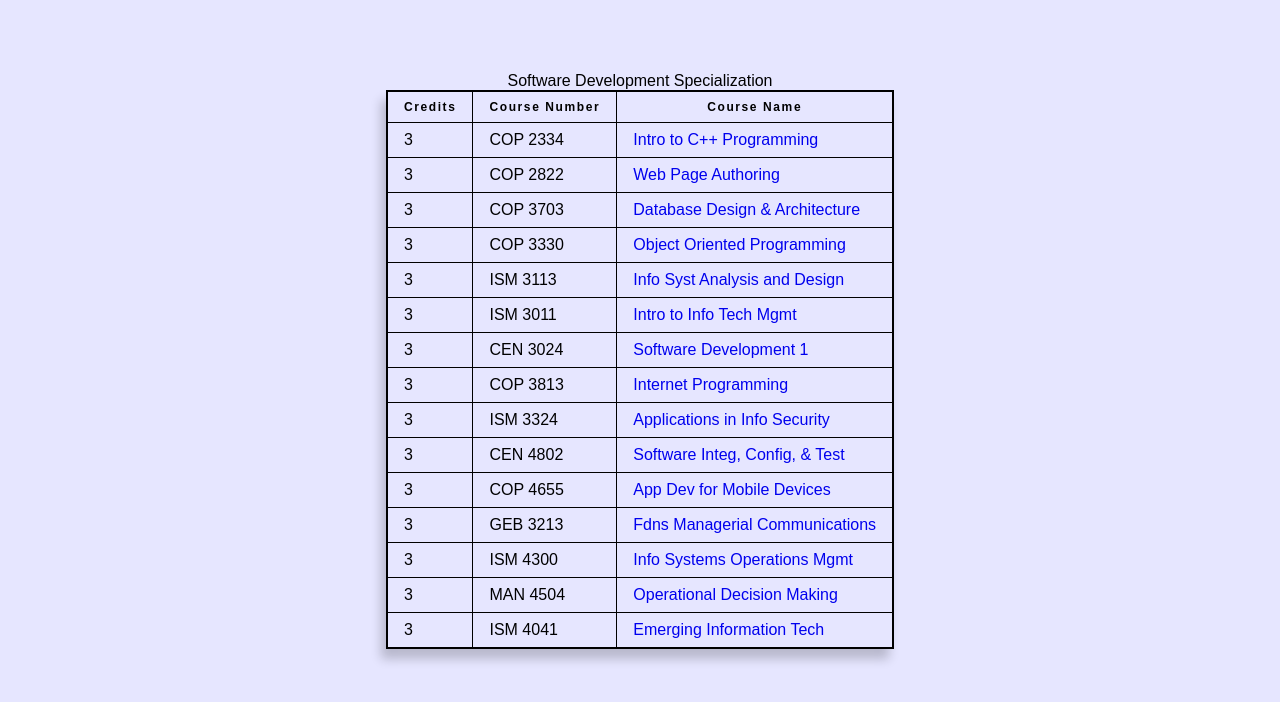
Repository: mlmEFSC21/P3-DegreeSpecializationTable
Page: index.html
An editor plug-in stored every save of this project. The page is shown before and after the next save, followed by the edit.
The browser window is 1280 px wide. The pictures show the whole page.
Some web fonts or font styles are not loaded; a fallback is used.

Above is the page before, as saved 2022-02-01 21:21:56.

### index.html
<!DOCTYPE html>
<html lang="en">
    <head>
        <meta charset="UTF-8" />
        <meta http-equiv="X-UA-Compatible" content="IE=edge" />
        <meta name="viewport" content="width=device-width, initial-scale=1.0" />
        <link rel="stylesheet" href="tableStyles.css" />
        <title>Degree Specialization Table</title>
    </head>
    <body>
        <table>
            <caption class="tableTitle">
                Software Development Specialization
            </caption>
            <thead>
                <tr class="colTitles">
                    <th>Credits</th>
                    <th>Course Number</th>
                    <th>Course Name</th>
                </tr>
            </thead>
            <tbody>
                <tr>
                    <td>3</td>
                    <td>COP 2334</td>
                    <td>
                        <a
                            href="https://bannerweb.easternflorida.edu/prod/bwckctlg.p_disp_course_detail?cat_term_in=202210&subj_code_in=COP&crse_numb_in=1000"
                            >Intro to C++ Programming</a
                        >
                    </td>
                </tr>
                <tr>
                    <td>3</td>
                    <td>COP 2822</td>
                    <td>
                        <a
                            href="https://bannerweb.easternflorida.edu/prod/bwckctlg.p_disp_course_detail?cat_term_in=202210&subj_code_in=COP&crse_numb_in=2822"
                            >Web Page Authoring</a
                        >
                    </td>
                </tr>
                <tr>
                    <td>3</td>
                    <td>COP 3703</td>
                    <td>
                        <a
                            href="https://bannerweb.easternflorida.edu/prod/bwckctlg.p_disp_course_detail?cat_term_in=202210&subj_code_in=COP&crse_numb_in=3703"
                            >Database Design & Architecture</a
                        >
                    </td>
                </tr>
                <tr>
                    <td>3</td>
                    <td>COP 3330</td>
                    <td>
                        <a
                            href="https://bannerweb.easternflorida.edu/prod/bwckctlg.p_disp_course_detail?cat_term_in=202210&subj_code_in=COP&crse_numb_in=3330"
                            >Object Oriented Programming</a
                        >
                    </td>
                </tr>
                <tr>
                    <td>3</td>
                    <td>ISM 3113</td>
                    <td>
                        <a
                            href="https://bannerweb.easternflorida.edu/prod/bwckctlg.p_disp_course_detail?cat_term_in=202210&subj_code_in=ISM&crse_numb_in=3113"
                            >Info Syst Analysis and Design</a
                        >
                    </td>
                </tr>
                <tr>
                    <td>3</td>
                    <td>ISM 3011</td>
                    <td>
                        <a
                            href="https://bannerweb.easternflorida.edu/prod/bwckctlg.p_disp_course_detail?cat_term_in=202210&subj_code_in=ISM&crse_numb_in=3011"
                            >Intro to Info Tech Mgmt</a
                        >
                    </td>
                </tr>
                <tr>
                    <td>3</td>
                    <td>CEN 3024</td>
                    <td>
                        <a
                            href="https://bannerweb.easternflorida.edu/prod/bwckctlg.p_disp_course_detail?cat_term_in=202210&subj_code_in=CEN&crse_numb_in=3024"
                            >Software Development 1</a
                        >
                    </td>
                </tr>
                <tr>
                    <td>3</td>
                    <td>COP 3813</td>
                    <td>
                        <a
                            href="https://bannerweb.easternflorida.edu/prod/bwckctlg.p_disp_course_detail?cat_term_in=202210&subj_code_in=COP&crse_numb_in=3813"
                            >Internet Programming</a
                        >
                    </td>
                </tr>
                <tr>
                    <td>3</td>
                    <td>ISM 3324</td>
                    <td>
                        <a
                            href="https://bannerweb.easternflorida.edu/prod/bwckctlg.p_disp_course_detail?cat_term_in=202210&subj_code_in=ISM&crse_numb_in=3324"
                            >Applications in Info Security</a
                        >
                    </td>
                </tr>
                <tr>
                    <td>3</td>
                    <td>CEN 4802</td>
                    <td>
                        <a
                            href="https://bannerweb.easternflorida.edu/prod/bwckctlg.p_disp_course_detail?cat_term_in=202210&subj_code_in=CEN&crse_numb_in=4802"
                            >Software Integ, Config, & Test</a
                        >
                    </td>
                </tr>
                <tr>
                    <td>3</td>
                    <td>COP 4655</td>
                    <td>
                        <a
                            href="https://bannerweb.easternflorida.edu/prod/bwckctlg.p_disp_course_detail?cat_term_in=202210&subj_code_in=COP&crse_numb_in=4655"
                            >App Dev for Mobile Devices</a
                        >
                    </td>
                </tr>
                <tr>
                    <td>3</td>
                    <td>GEB 3213</td>
                    <td>
                        <a
                            href="https://bannerweb.easternflorida.edu/prod/bwckctlg.p_disp_course_detail?cat_term_in=202210&subj_code_in=GEB&crse_numb_in=3213"
                            >Fdns Managerial Communications</a
                        >
                    </td>
                </tr>
                <tr>
                    <td>3</td>
                    <td>ISM 4300</td>
                    <td>
                        <a
                            href="https://bannerweb.easternflorida.edu/prod/bwckctlg.p_disp_course_detail?cat_term_in=202210&subj_code_in=ISM&crse_numb_in=4300"
                            >Info Systems Operations Mgmt</a
                        >
                    </td>
                </tr>
                <tr>
                    <td>3</td>
                    <td>MAN 4504</td>
                    <td>
                        <a
                            href="https://bannerweb.easternflorida.edu/prod/bwckctlg.p_disp_course_detail?cat_term_in=202210&subj_code_in=MAN&crse_numb_in=4504"
                            >Operational Decision Making</a
                        >
                    </td>
                </tr>
                <tr>
                    <td>3</td>
                    <td>ISM 4041</td>
                    <td>
                        <a
                            href="https://bannerweb.easternflorida.edu/prod/bwckctlg.p_disp_course_detail?cat_term_in=202210&subj_code_in=ISM&crse_numb_in=4041"
                            >Emerging Information Tech</a
                        >
                    </td>
                </tr>
            </tbody>
        </table>
    </body>
</html>

### tableStyles.css
@import url("https://fonts.googleapis.com/css2?family=Spectral:wght@400&display=swap");

:root {
    --clr-prime: #003c5e;
    --clr-second: #1a2028;
    --clr-accent: #8fb500;
    --clr-font-prime: #5b8ead;
    --clr-font-second: black;
    --clr-background: #e6e6ff;
}
*,
*::before,
*::after {
    margin: 0;
    padding: 0;
    box-sizing: border-box;
}
body {
    font-family: Spectral, sans-serif;
    height: 100vh;
    display: grid;
    align-items: center;
    justify-content: center;
    background-color: var(--clr-background);
}
table {
    border-collapse: collapse;
    box-shadow: -5px 10px 10px rgba(0, 0, 0, 0.2);
    border: 2px solid black;
    padding: 0.25rem;
}
thead {
    letter-spacing: 0.1rem;
    font-size: 0.75rem;
    font-weight: 900;
}
th {
    border: 1px solid black;
    padding: 0.5rem 1rem;
}
td {
    border: 1px solid black;
    padding: 0.5rem 1rem;
    align-items: center;
    justify-content: center;
}
a {
    text-decoration: none;
}

After the next save:
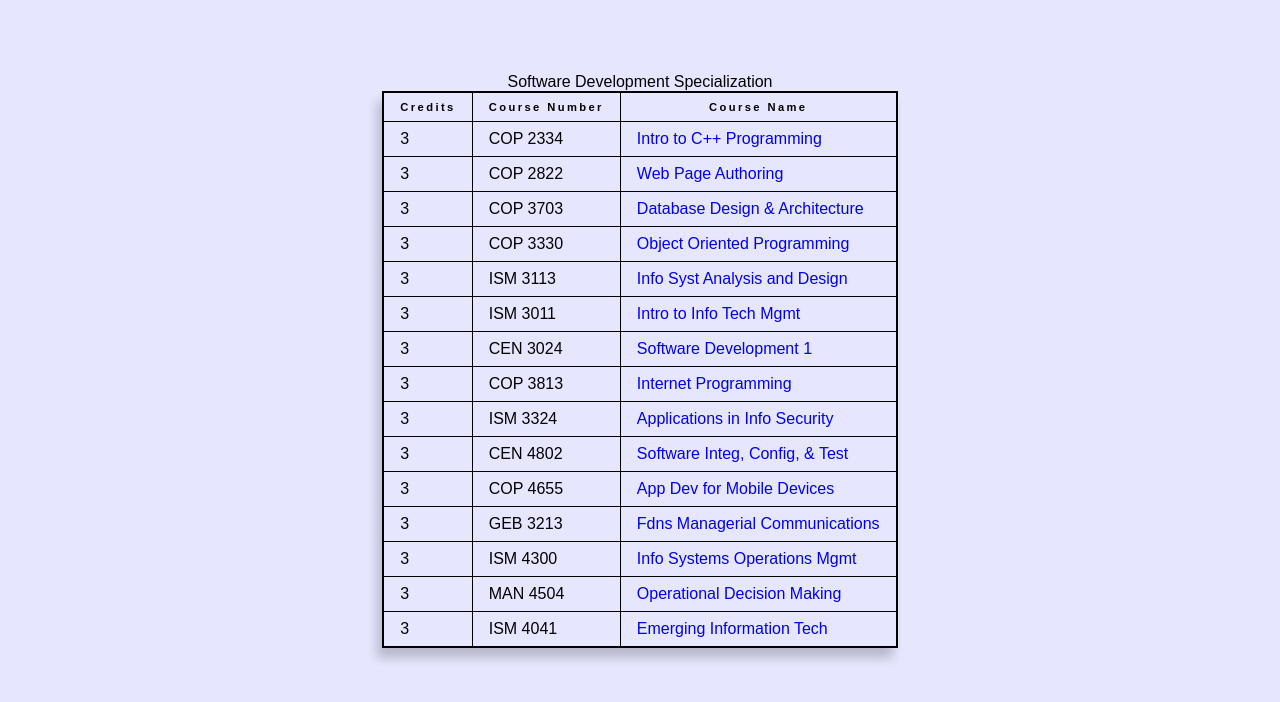
Saved 14 s later.
--- a/tableStyles.css
+++ b/tableStyles.css
@@ -30,8 +30,8 @@ table {
     padding: 0.25rem;
 }
 thead {
-    letter-spacing: 0.1rem;
-    font-size: 0.75rem;
+    letter-spacing: 0.15rem;
+    font-size: 0.7rem;
     font-weight: 900;
 }
 th {
